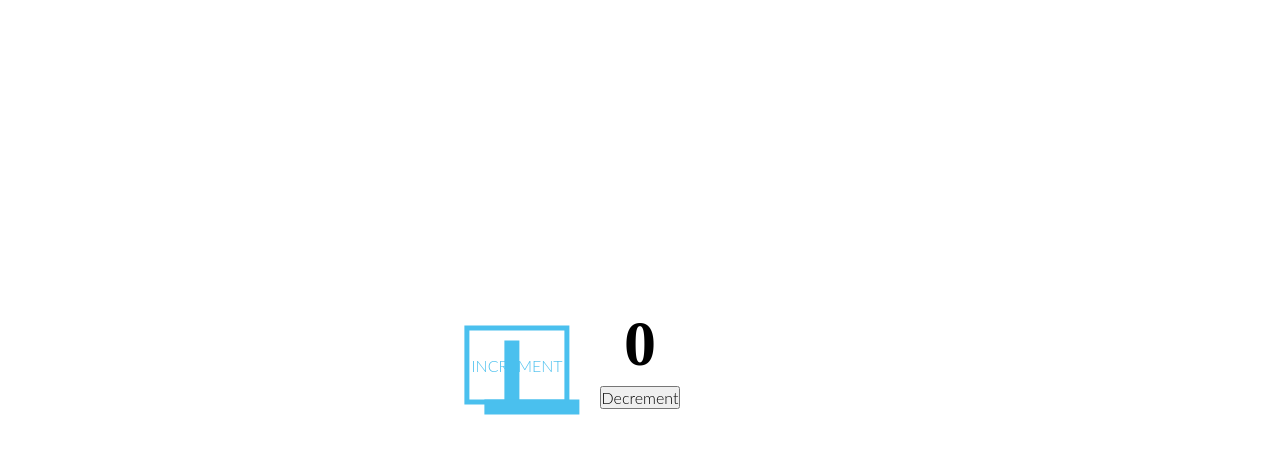
Repository: Ellisvelandia/react_introduction_test
Page: /
These files come from the project's save history. The page is drawn as it stood at one moment and after the next save; the edit follows.
The browser window is 1280 px wide. The pictures show the whole page.
The project was rebuilt for these pictures with package versions that can differ from the ones it lists, and the page was loaded fresh each time. Also part of the build but not shown: src/index.css.

Above is the page before, as saved 2022-08-15 20:10:45.

### src/App.js
import "./App.scss";
import React, { useState } from "react";

const App = () => {
  const [num, changeNum] = useState(0);

  const incrementNum = () => {
    changeNum(num + 2);
  };

  const decrementNum = () => {
    if (num - 1 < 0) {
      alert(`you can't decrease than 0`);
    } else {
      changeNum(num - 2);
    }
  };

  return (
    <>
      <div className="container">
        <h1>{num}</h1>
        <button className="button_I" onClick={incrementNum}>Increment</button>
        <button className="button_D" onClick={decrementNum}>Decrement</button>
      </div>
    </>
  );
};

export default App;

### src/App.scss
* {
  margin: 0;
  padding: 0;
  box-sizing: border-box;
}

body {
  width: 100%;
  height: 100vh;
  display: flex;
  justify-content: center;
  align-items: center;
  flex-direction: column;
}

.container {
  align-self: center;
}

h1 {
  text-align: center;
  font-size: 4rem;
}

button {
  font-size: 1rem;
  margin: 5px;
  font-family: "Lato", sans-serif;
  font-weight: 300;
}


.button_I {
  position: absolute;
  left: 40%;
  top: 50%;
  transform: translateX(-50%) translateY(-50%);

  background: #fff;
  max-width: 120px;
  padding: 25px 2px;

  border: 5px solid #4ac0ee;
  color: #4ac0ee;
  text-transform: uppercase;
  text-align: center;

  z-index: 2;
  transition: all 0.15s 0.15s ease-out;

  &:after,
  &:before {
    position: absolute;
    width: 100%;
    max-width: 100%;
    top: 100%;
    left: 0;
    bottom: -10px;
    content: "";
    z-index: 1;
    transition: all 0.15s 0.15s ease-out;
  }

  &:before {
    background: #4ac0ee;
    top: 10px;
    left: 35px;
    height: 100%;
    width: 15px;
  }

  &:after {
    width: 100%;
    background: #4ac0ee;
    right: 0px;
    left: 15px;
    height: 15px;
  }

  &:hover {
    background: #4ac0ee;
    color: #fff;
    margin-left: -7.5px;
    margin-bottom: -7.5px;

    &:after,
    &:before {
      top: 100%;
      left: 0;
      bottom: 0px;
    }

    &:before {
      top: 0px;
      left: 0px;
      width: 0px;
    }

    &:after {
      right: 0px;
      left: 0px;
      height: 0px;
    }
  }
}

Loaded but not shown: public/index.html (common file); src/index.js (common file); src/reportWebVitals.js (common file)

After the next save:
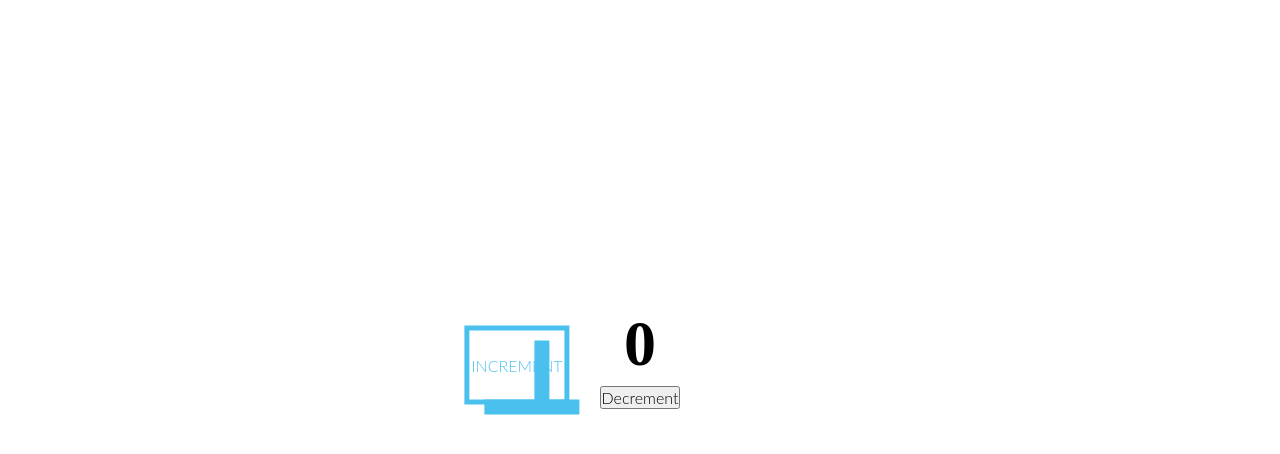
Saved 5 s later.
--- a/src/App.scss
+++ b/src/App.scss
@@ -64,7 +64,7 @@ button {
   &:before {
     background: #4ac0ee;
     top: 10px;
-    left: 35px;
+    left: 65px;
     height: 100%;
     width: 15px;
   }
